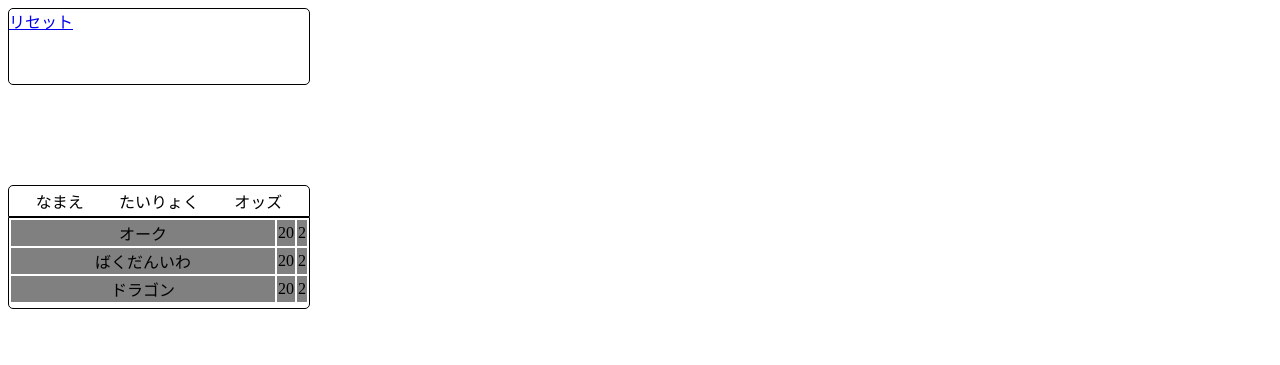
Repository: kousuke-2047/test
Page: http://localhost/Oldmove/SelectmonsterAction.action
An editor plug-in stored every save of this project. The page is shown before and after the next save, followed by the edit.
The browser window is 1280 px wide. The pictures show the whole page.
The page is served by Tomcat 9. Other server files are loaded and not shown. The database holds what the project's SQL file puts in it.

Above is the page before, as saved 2018-06-25 02:08:25.

### Oldmove/WebContent/selectmonster.jsp
<%@ page language="java" contentType="text/html; charset=UTF-8"
    pageEncoding="UTF-8"%>
<%@ taglib prefix="s" uri="/struts-tags"%>
<!DOCTYPE html>
<html>
<head>
<meta http-equiv="Content-Type" content="text/html; charset=UTF-8">
<link rel="stylesheet" href="./css/selectstyle.css">
<script src="https://ajax.googleapis.com/ajax/libs/jquery/3.3.1/jquery.min.js"></script>

<title>選択画面</title>
</head>
<body>

	<script type="text/javascript" src="./js/script.js">
	</script>

	<div class="datebox">
		<a href='<s:url action="SelectmonsterAction"/>'>
		リセット
		</a>
	</div>

	<div class="enemybox"></div>

	<div class="messagebox">

		いくらかけますか？

		<div class="selectbutton">
		<a href ='<s:url action="LeadyAction"/>'>
		はい
		</a>
		</div>

		<div class="selectbutton">
		いいえ
		</div>


	</div>

	<div class="texttopbox">

	<table>
		<tr>
			<td>なまえ</td>
			<td>たいりょく</td>
			<td>オッズ</td>
		</tr>
	</table>

	</div>
	<div class="textbottombox">

	<table>
		<s:iterator value="selectmonsterList">
			<tr>
				<td class="selectbox"><s:property value="name"/></td>
				<td class="selectbox"><s:property value="hp"/></td>
				<td class="selectbox"><s:property value="odds"/></td>

			</tr>
		</s:iterator>
	</table>

	</div>


</body>
</html>

### Oldmove/src/com/oldmove/dao/SelectmonsterDAO.java
package com.oldmove.dao;

import java.sql.Connection;
import java.sql.PreparedStatement;
import java.sql.ResultSet;
import java.sql.SQLException;
import java.util.ArrayList;

import com.oldmove.dto.SelectmonsterDTO;
import com.oldmove.util.DBConnector;

public class SelectmonsterDAO {

	private DBConnector dbc = new DBConnector();
	private Connection con = dbc.getConnection();
	private ArrayList<SelectmonsterDTO> selectmonsterList = new ArrayList<SelectmonsterDTO>();


	public ArrayList<SelectmonsterDTO> getselectInfo(int menber){

		String sql = "select * from battlemonster where menber =?";

		try{
			PreparedStatement ps = con.prepareStatement(sql);
			ps.setInt(1, menber);
			ResultSet rs = ps.executeQuery();
			while(rs.next()){
				SelectmonsterDTO dto = new SelectmonsterDTO();
				dto.setId(rs.getInt("id"));
				dto.setName(rs.getString("name"));
				dto.setHp(rs.getInt("hp"));
				dto.setMp(rs.getInt("mp"));
				dto.setOdds(rs.getInt("odds"));
				dto.setFilepath(rs.getString("filepath"));
				dto.setFilename(rs.getString("filename"));
				dto.setMenber(rs.getInt("menber"));
				selectmonsterList.add(dto);
			}
		}catch(SQLException e){
			e.printStackTrace();
		}
		return selectmonsterList;
	}

	public void Resethp(){
		String sql="update battlemonster set hp = maxhp,mp=maxmp";
		try{
			PreparedStatement ps = con.prepareStatement(sql);
			ps.execute();

		}catch(SQLException e){
			e.printStackTrace();
		}
	}
}

### Oldmove/src/com/oldmove/util/DBConnector.java
package com.oldmove.util;

import java.sql.Connection;
import java.sql.DriverManager;
import java.sql.SQLException;

public class DBConnector {

	private static String driverName = "com.mysql.jdbc.Driver";
	private static String url = "jdbc:mysql://localhost/oldmove";
	private static String user = "root";
	private static String password = "mysql";

	public Connection getConnection(){
		Connection con = null;

		try{
			Class.forName(driverName);
			con =(Connection) DriverManager.getConnection(url,user,password);
		}catch(ClassNotFoundException e){
			e.printStackTrace();
		}catch(SQLException e){
			e.printStackTrace();
		}
		return con;
	}

}

### Oldmove/src/com/oldmove/util/RandomInt.java
package com.oldmove.util;

public class RandomInt {

	public int getSelectmenber(int menbers){

		int i = (int)(Math.random()*menbers+1);

		return i;
	}

}

### Oldmove/src/com/oldmove/dto/SelectmonsterDTO.java
package com.oldmove.dto;

public class SelectmonsterDTO {

	private int id;
	private String name;
	private int menber;
	private int power;
	private int guard;
	private int hp;
	private int maxhp;
	private int mp;
	private int maxmp;
	private int actiontype;
	private int odds;
	private String filepath;
	private String filename;

	public int getId(){
		return id;
	}
	public void setId(int id){
		this.id = id;
	}
	public String getName(){
		return name;
	}
	public void setName(String name){
		this.name = name;
	}
	public int getMenber(){
		return menber;
	}
	public void setMenber(int menber){
		this.menber = menber;
	}
	public int getPower(){
		return power;
	}
	public void setPower(int power){
		this.power = power;
	}
	public int getGuard(){
		return guard;
	}
	public void setGuard(int guard){
		this.guard = guard;
	}
	public int getHp(){
		return hp;
	}
	public void setHp(int hp){
		this.hp = hp;
	}
	public int getMaxhp(){
		return maxhp;
	}
	public void setMaxhp(int maxhp){
		this.maxhp = maxhp;
	}
	public int getMp(){
		return mp;
	}
	public void setMp(int mp){
		this.mp = mp;
	}
	public int getMaxmp(){
		return maxmp;
	}
	public void setMaxmp(int maxmp){
		this.maxmp = maxmp;
	}
	public int getActiontype(){
		return actiontype;
	}
	public void setActiontype(int actiontype){
		this.actiontype = actiontype;
	}
	public int getOdds(){
		return odds;
	}
	public void setOdds(int odds){
		this.odds = odds;
	}
	public String getFilepath(){
		return filepath;
	}
	public void setFilepath(String filepath){
		this.filepath = filepath;
	}
	public String getFilename(){
		return filename;
	}
	public void setFilename(String filename){
		this.filename = filename;
	}

}

### Oldmove/WebContent/css/selectstyle.css
@CHARSET "UTF-8";
.datebox{
	width:300px;
	height:75px;
	border:1px solid black;
	border-radius:5px;
}
.enemybox{
	height:90px;
	width:100%;
	padding-top:10px;
}
.messagebox{
	height:70px;
	width:180px;
	margin-left:15px;
	border-radius:5px;
	border:1px solid white;
	color:white;
	text-align:center;
}

.selectbutton{
	height:31px;
	width:88px;
	text-align:center;
	float:left;
	border:1px solid white;
	border-top:2px solid white;
}




.texttopbox{
	height:30px;
	width:300px;
	border:1px solid black;
	border-top-left-radius:5px;
	border-top-right-radius:5px;
}
.textbottombox{
	height:90px;
	width:300px;
	border:1px solid black;
	border-bottom-left-radius:5px;
	border-bottom-right-radius:5px;
}
td{
	width:100px;
	text-align:center;
}

.selectbox{
	color:black;
	width:100%;
	height:100%;
	background-color:gray;
}

### Oldmove/WebContent/js/script.js
$(document).ready(function(){
	$(".messagebox").hide();
});





$(function(){
	setTimeout(function(){
		$(".ffirst").css("background-color","black");
		$(".ifirst").css("background-color","black");
		$(".gfirst").css("background-color","black");
		$(".hfirst").css("background-color","black");
		$(".tfirst").css("background-color","black");
		$(".fsecond").css("background-color","black");
		$(".isecond").css("background-color","black");
		$(".gsecond").css("background-color","black");
		$(".hsecond").css("background-color","black");
		$(".tsecond").css("background-color","black");
		$(".fthird").css("background-color","black");
		$(".ithird").css("background-color","black");
		$(".gthird").css("background-color","black");
		$(".hthird").css("background-color","black");
		$(".tthird").css("background-color","black");
		$(".ffourth").css("background-color","black");
		$(".ifourth").css("background-color","black");
		$(".gfourth").css("background-color","black");
		$(".hfourth").css("background-color","black");
		$(".tfourth").css("background-color","black");
		$(".ffifth").css("background-color","black");
		$(".ififth").css("background-color","black");
		$(".gfifth").css("background-color","black");
		$(".hfifth").css("background-color","black");
		$(".tfifth").css("background-color","black");
	},1500);
});


$(function(){
	setTimeout(function(){
		$(".firstline").animate({'marginLeft':'100px'
			});
	},1700);
});

$(function(){
	setTimeout(function(){
		$(".secondline").animate({'marginLeft':'100px'
			});
	},1900);
});

$(function(){
	setTimeout(function(){
		$(".thirdline").animate({'marginLeft':'100px'
			});
	},2100);
});

$(function(){
	setTimeout(function(){
		$(".fourthline").animate({'marginLeft':'100px'
			});
	},2300);
});

$(function(){
	setTimeout(function(){
		$(".fifthline").animate({'marginLeft':'100px'
			});
	},2500);
});

$(function(){
	$(".button").hover(
			function(){
				$(this).css("background-color","lightgray");
				$(this).css("color","red");
			},
			function(){
				$(this).css("background-color","white");
				$(this).css("color","black");
			});
});
$(function(){
	$(".button").click(function(){
		$(".messagebox").css("border-color","black");
		$(".messagebox").css("color","black");
		$(".selectbutton").css("border-color","black");
		$(".messagebox").fadeIn(0);
	});
});

$(function(){
	$(".selectbutton").hover(
			function(){
				$(this).css("background-color","lightgray");
				$(this).css("color","red");
			},
			function(){
				$(this).css("background-color","white");
				$(this).css("color","black");
			});
});

$(function(){
	$(".selectbutton").click(function(){
		$(".messagebox").hide();
	});
});

### Oldmove/sql/oldmove.sql (the tables this page reads)
create table battlemonster(
	id int not null primary key auto_increment,
	name varchar(16),
	menber int,
	power int,
	guard int,
	hp int,
	maxhp int,
	mp int,
	maxmp int,
	actiontype int,
	odds int,
	filepath varchar(100),
	filename varchar(100));

insert into battlemonster(name,menber,power,guard,hp,maxhp,mp,maxmp,actiontype,odds,filepath,filename)values("スライム",1,10,5,20,20,0,0,1,5,"./images","suraimu.jpg");

insert into battlemonster(name,menber,power,guard,hp,maxhp,mp,maxmp,actiontype,odds,filepath,filename)values("ドラキー",1,12,5,22,22,0,0,1,3,"./images","doraki.jpg");

insert into battlemonster(name,menber,power,guard,hp,maxhp,mp,maxmp,actiontype,odds,filepath,filename)values("ももんじゃ",1,15,7,25,25,0,0,1,2,"./images","momonja.jpg");

insert into battlemonster(name,menber,power,guard,hp,maxhp,mp,maxmp,actiontype,odds,filepath,filename)values("オーク",2,10,5,20,20,0,0,1,2,"./images","suraimu.jpg");

insert into battlemonster(name,menber,power,guard,hp,maxhp,mp,maxmp,actiontype,odds,filepath,filename)values("ばくだんいわ",2,10,5,20,20,0,0,1,2,"./images","suraimu.jpg");

insert into battlemonster(name,menber,power,guard,hp,maxhp,mp,maxmp,actiontype,odds,filepath,filename)values("ドラゴン",2,10,5,20,20,0,0,1,2,"./images","suraimu.jpg");

After the next save:
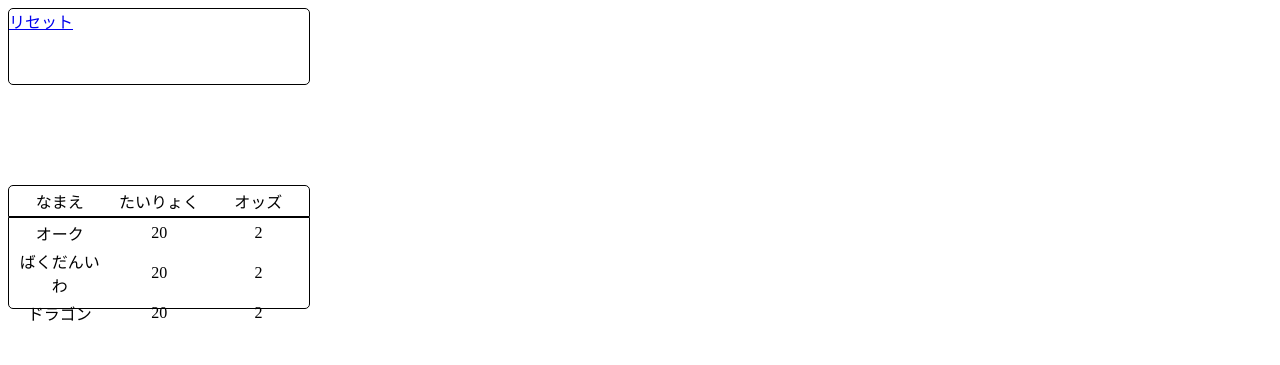
Saved 7 min 3 s later.
--- a/Oldmove/WebContent/css/selectstyle.css
+++ b/Oldmove/WebContent/css/selectstyle.css
@@ -51,7 +51,7 @@
 	text-align:center;
 }
 
-.selectbox{
+td .selectbox{
 	color:black;
 	width:100%;
 	height:100%;

After the save that followed:
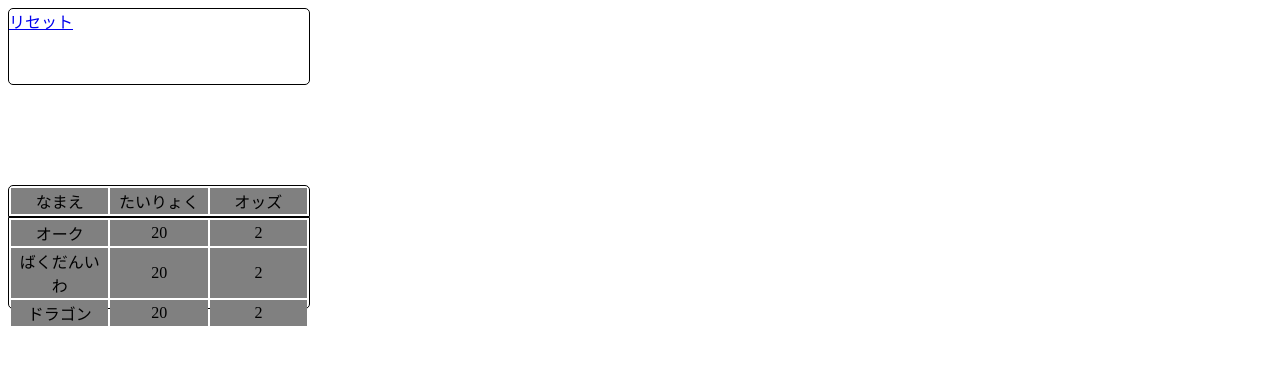
Saved 48 s later.
--- a/Oldmove/WebContent/css/selectstyle.css
+++ b/Oldmove/WebContent/css/selectstyle.css
@@ -49,11 +49,12 @@
 td{
 	width:100px;
 	text-align:center;
+		background-color:gray;
 }
 
 td .selectbox{
 	color:black;
 	width:100%;
 	height:100%;
-	background-color:gray;
+
 }
